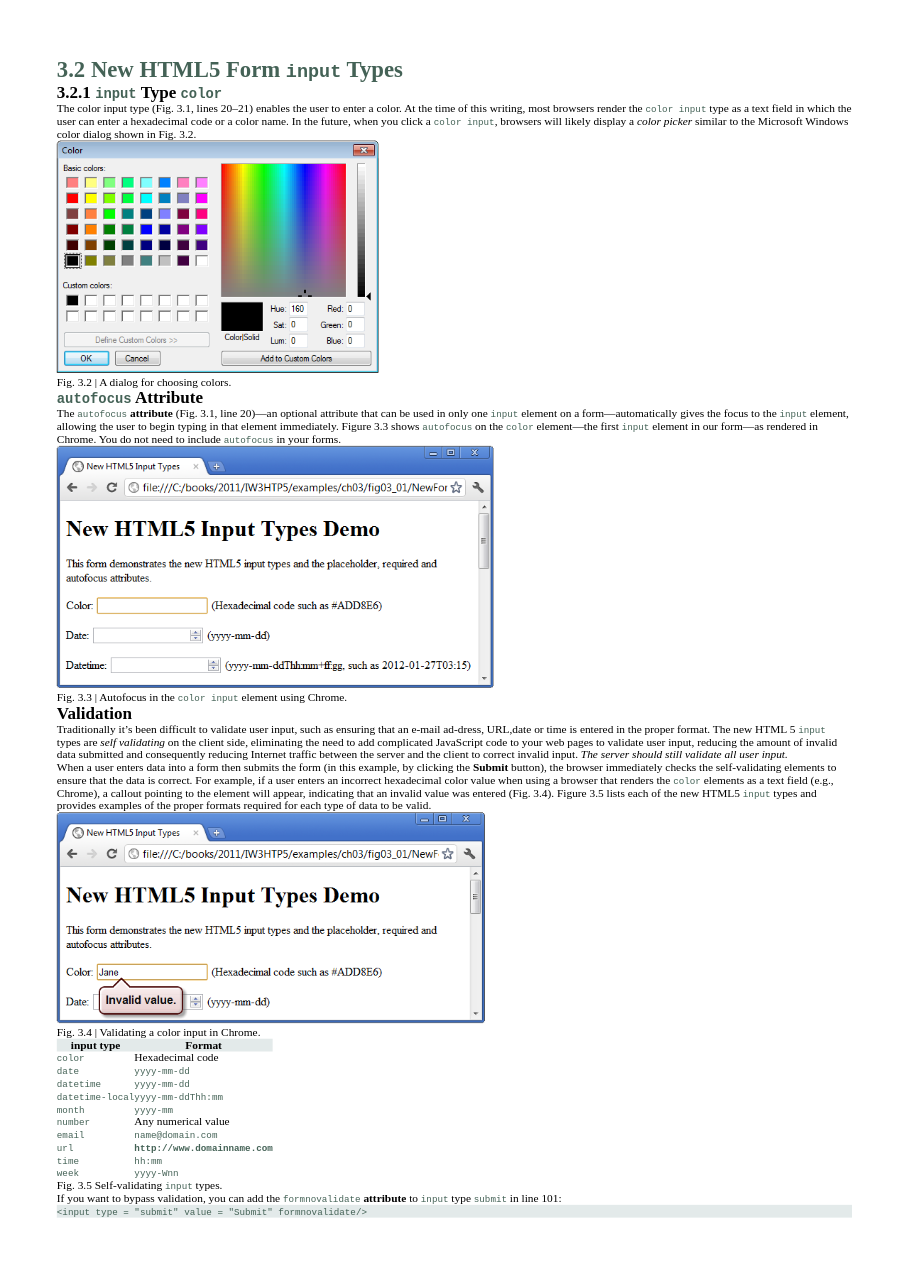
Repository: mlmEFSC21/P4-Textbook-Copy
Page: index.html
An editor plug-in stored every save of this project. The page is shown before and after the next save, followed by the edit.
The browser window is 1280 px wide. The pictures show the whole page, at 71% of full size.

Above is the page before, as saved 2022-02-03 15:43:17.

After the next save:
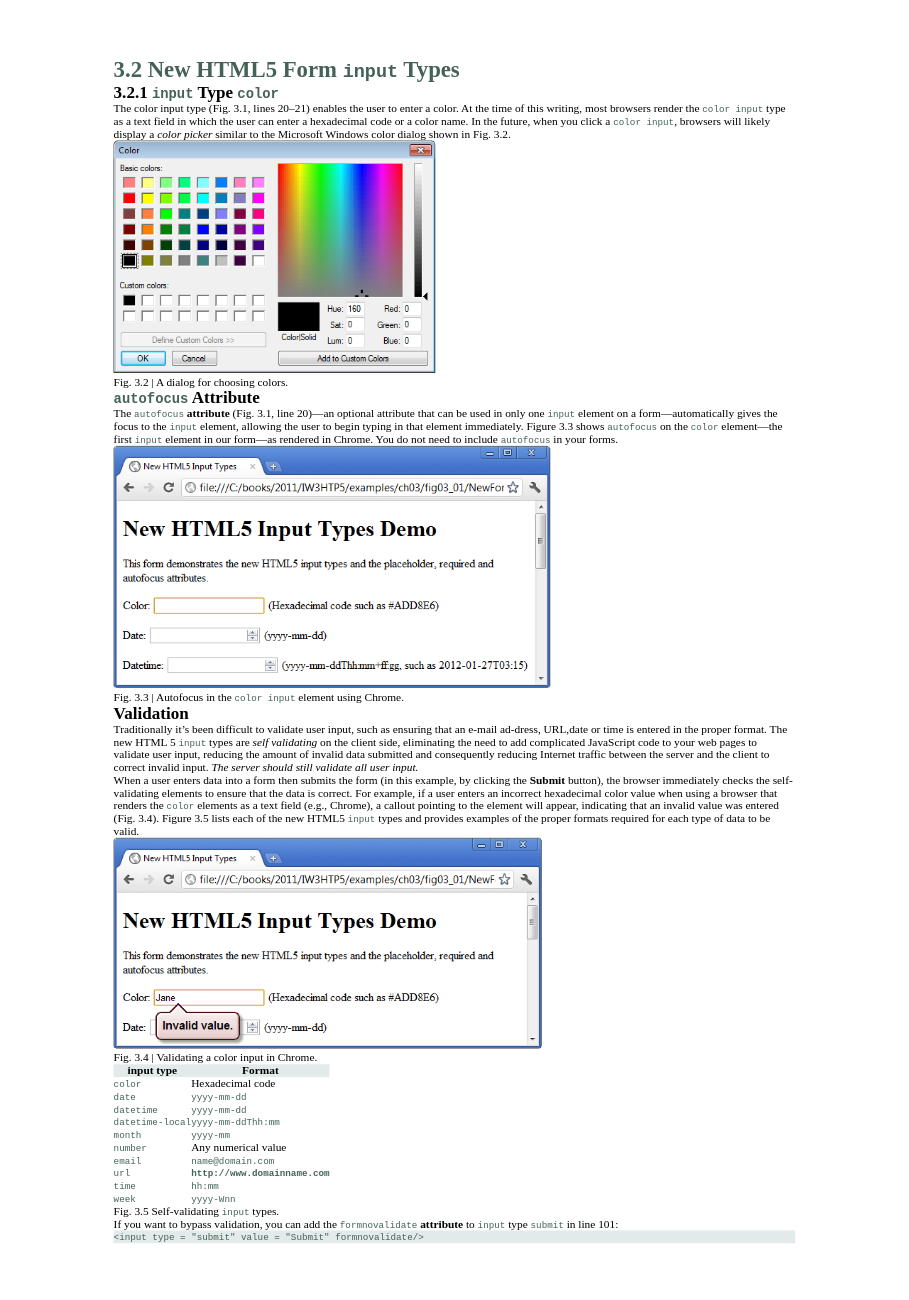
Saved 3 min 17 s later.
--- a/bookStyles.css
+++ b/bookStyles.css
@@ -16,6 +16,7 @@
 }
 body {
     margin: 80px;
+    padding: 0 80px;
     padding: auto;
     background-color: var(--clr-background);
     color: var(--clr-font-prime);
